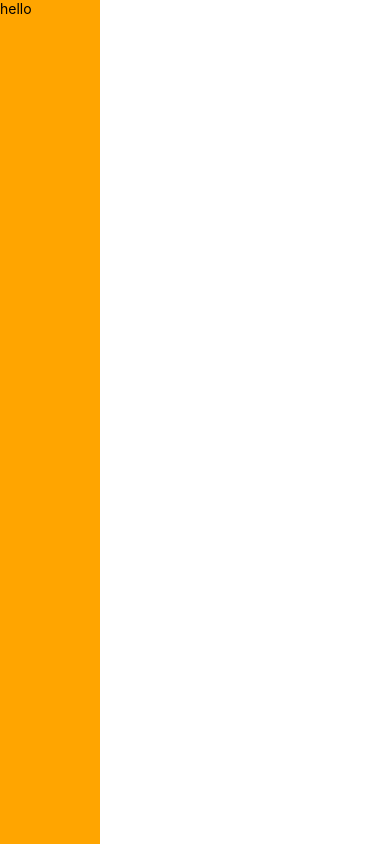
Repository: akinmiday/fcc
Screen: / (app in WeatherApp/)
These files come from the project's save history. The screen is drawn as it stood at one moment and after the next save; the edit follows.
The app was drawn by React Native's web renderer in a window 390 px wide. The project was rebuilt for these pictures with package versions that can differ from the ones it lists, and the page was loaded fresh each time.

Above is the screen before, as saved 2023-07-18 06:30:02.

After the next save:
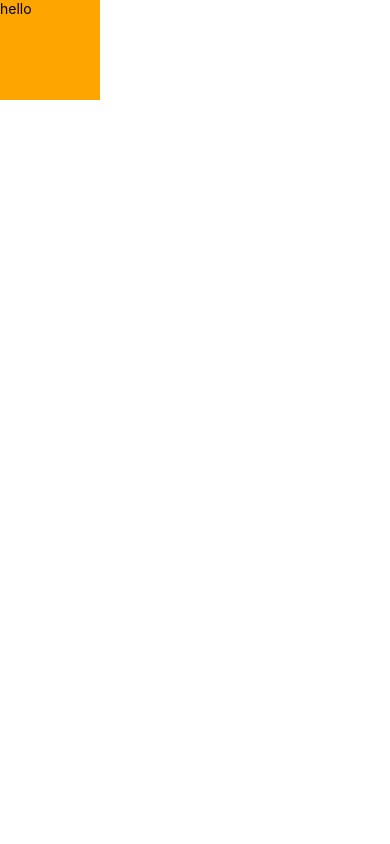
Saved 9 s later.
--- a/WeatherApp/App.js
+++ b/WeatherApp/App.js
@@ -4,7 +4,7 @@ import { StyleSheet, Text, View } from 'react-native';
 export default function App() {
   const message = 'hello'
   return (
-    <View style={{height: 100, width: 100, backgroundColor: 'orange', flex:1}}>
+    <View style={{height: 100, width: 100, backgroundColor: 'orange'}}>
       <Text>{message}</Text>
     </View>
   );
